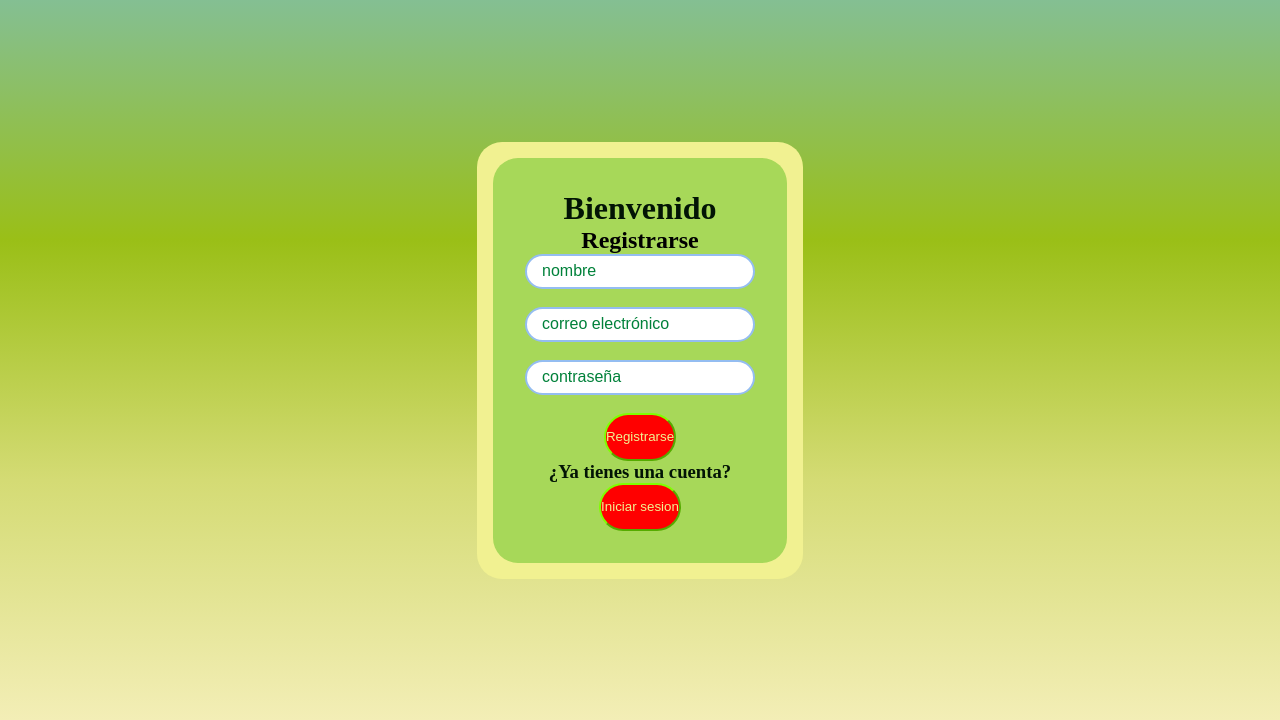
Repository: carrascokarencb37-afk/Nuura
Page: html/registrarse.html
The author's editor kept a copy of each file at every save. The page is drawn from the files as they stood at one save, then again after the next save.
The browser window is 1280 px wide. The pictures show the whole page.
Some icons come from a web library that is not loaded, so they are not drawn. Backgrounds fixed to the window are drawn as part of the page.

Above is the page before, as saved 2026-05-28 22:39:20.

After the next save:
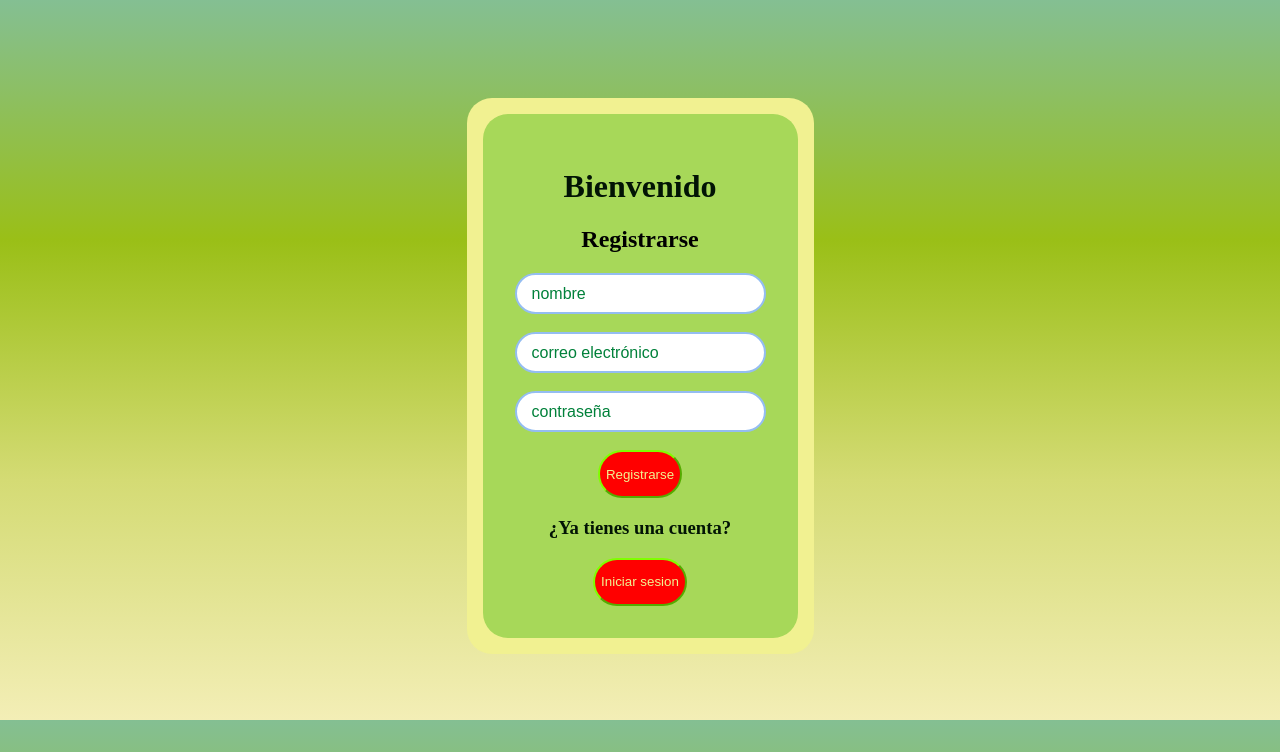
Saved 2 min 27 s later.
--- a/css/style.css
+++ b/css/style.css
@@ -8,11 +8,7 @@
     font-style: normal;
 }
 
-* {
-    margin : 0;
-    padding: 0;
-    box-sizing: border-box;
-}
+
 
 body {
     background-image: linear-gradient(to top, #f3eeb6, #d4db74, #9abf17, #84bf93);

After the save that followed:
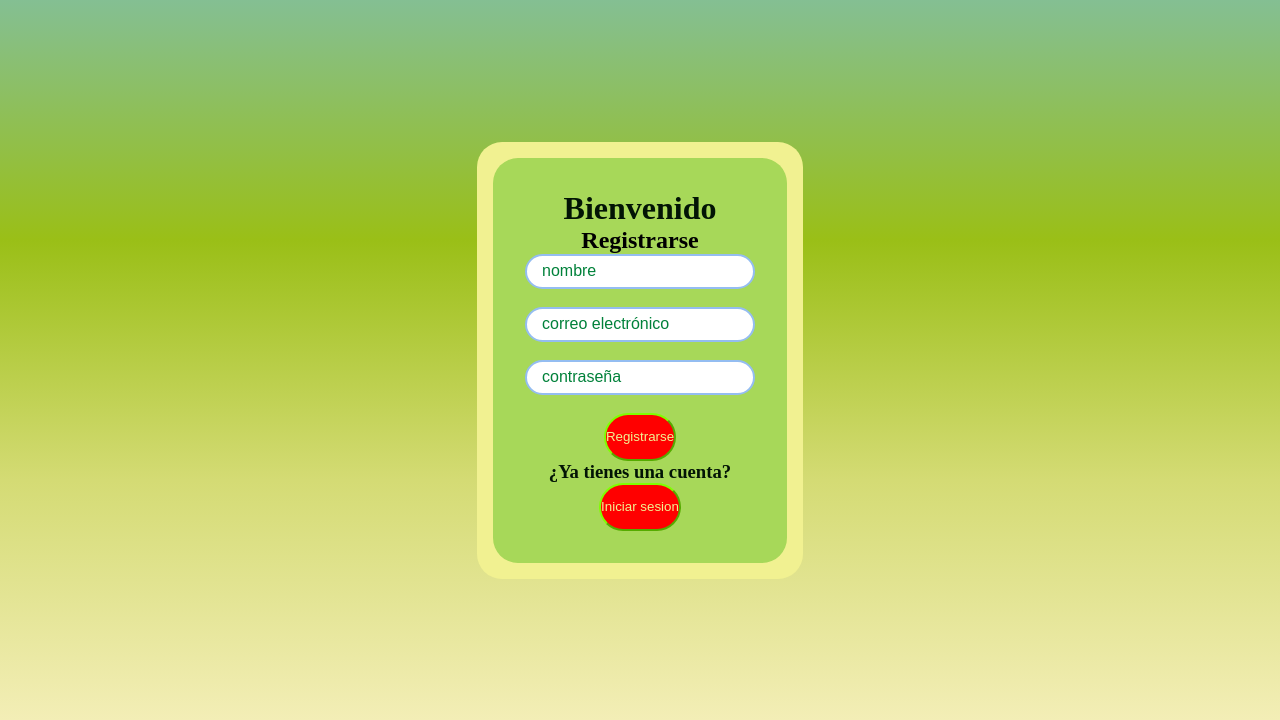
Saved 10 s later.
--- a/css/style.css
+++ b/css/style.css
@@ -8,7 +8,11 @@
     font-style: normal;
 }
 
-
+* {
+    margin : 0;
+    padding: 0;
+    box-sizing: border-box;
+}
 
 body {
     background-image: linear-gradient(to top, #f3eeb6, #d4db74, #9abf17, #84bf93);
